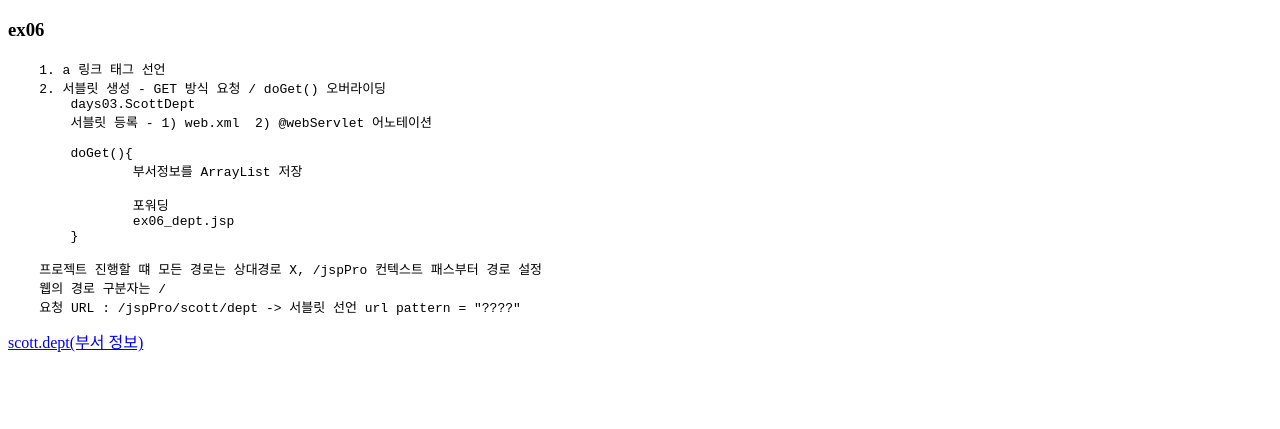
Repository: JavaYoo/kakao-emoticon-web-clone
Page: http://localhost/jspPro/days03/ex06.jsp
The author's editor kept a copy of each file at every save. The page is drawn from the files as they stood at one save, then again after the next save.
The browser window is 1280 px wide. The pictures show the whole page.
The page is served by Tomcat 9.

Above is the page before, as saved 2022-06-16 01:43:33.

After the next save:
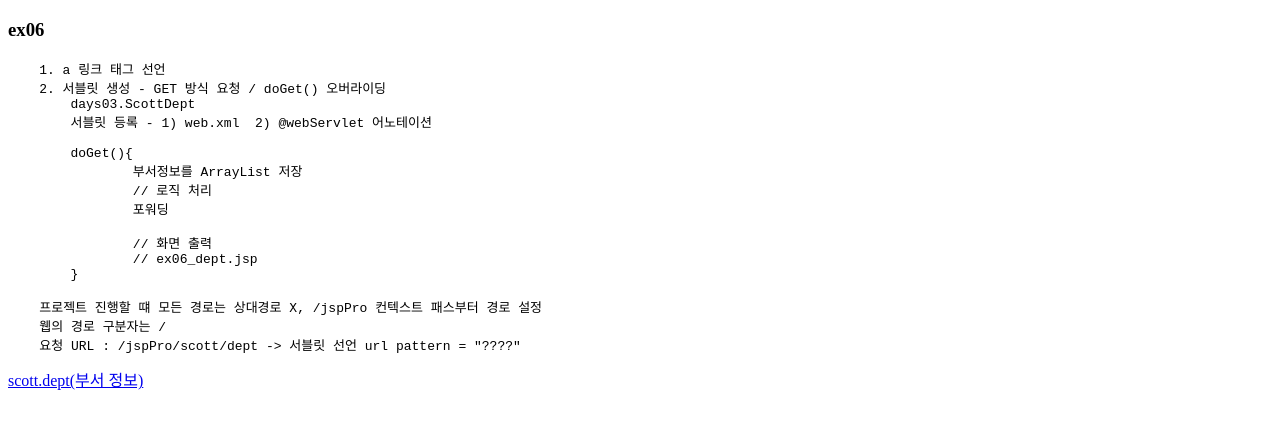
Saved 28 s later.
--- a/jspPro/src/main/webapp/days03/ex06.jsp
+++ b/jspPro/src/main/webapp/days03/ex06.jsp
@@ -21,9 +21,11 @@
 
     	doGet(){
     		부서정보를 ArrayList 저장
+    		// 로직 처리
+    		포워딩
 
-    		포워딩
-    		ex06_dept.jsp
+    		// 화면 출력
+    		// ex06_dept.jsp
     	}
 
     프로젝트 진행할 떄 모든 경로는 상대경로 X, /jspPro 컨텍스트 패스부터 경로 설정
